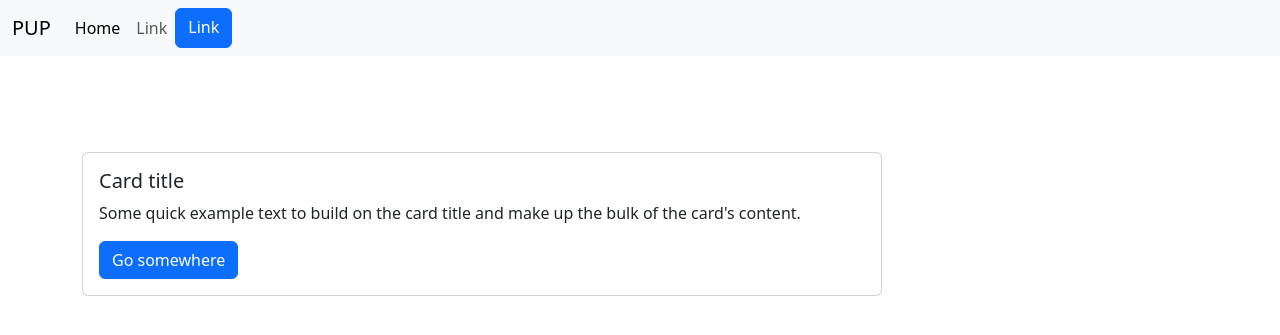
Repository: Nicktacku/webdev
Page: form.html
An editor plug-in stored every save of this project. The page is shown before and after the next save, followed by the edit.
The browser window is 1280 px wide. The pictures show the whole page.

Above is the page before, as saved 2024-07-15 16:25:12.

After the next save:
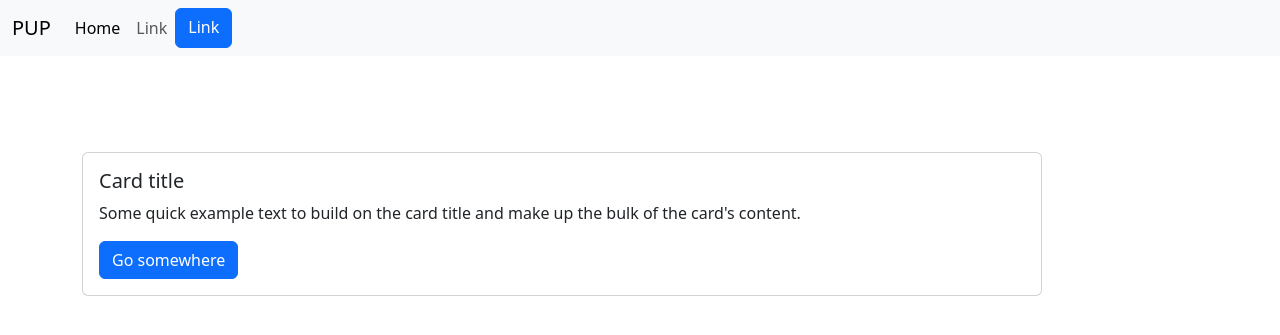
Saved 5 s later.
--- a/form.html
+++ b/form.html
@@ -44,7 +44,7 @@
     <div
       class="container mt-5 pt-5"
     >
-    <div class="card" style="width: 50rem;">
+    <div class="card" style="width: 60rem;">
 
         <div class="card-body">
           <h5 class="card-title">Card title</h5>
